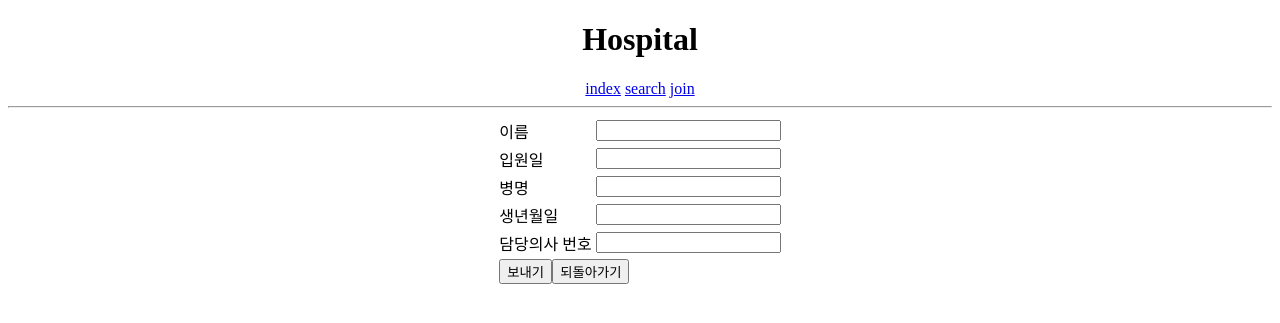
Repository: kimgh06/jsp_teamwork
Page: http://localhost/hospital/join.jsp
The author's editor kept a copy of each file at every save. The page is drawn from the files as they stood at one save, then again after the next save.
The browser window is 1280 px wide. The pictures show the whole page.
The page is served by Tomcat 9. Other server files are loaded and not shown.

Above is the page before, as saved 2023-06-14 01:59:27.

### hospital/src/main/webapp/join.jsp
<%@ page language="java" contentType="text/html; charset=EUC-KR"
    pageEncoding="EUC-KR"%>
<!DOCTYPE html>
<html>
<head>
<meta charset="EUC-KR">
<title>Insert title here</title>
</head>
<body>
<jsp:include page="./header.jsp"></jsp:include>
<form method="post" action="i_action.jsp" name="frm" style="display: flex; justify-content: center; align-items: center">
<table>
	<tr><td>이름</td><td><input name="name"/></td></tr>
	<tr><td>입원일</td><td><input name="clinicdate"/></td></tr>
	<tr><td>병명</td><td><input name="reason"/></td></tr>
	<tr><td>생년월일</td><td><input placeholder name="birthday"/></td></tr>
	<tr><td>담당의사 번호</td><td><input name="doctornum"/></td></tr>
	<tr><td colspan="2" style='margin:auto'><input type="button" value="보내기"><input type="button" value="되돌아가기"></td></tr>
</table>
</form>
</html>

### hospital/src/main/webapp/header.jsp
<%@ page language="java" contentType="text/html; charset=EUC-KR"
    pageEncoding="EUC-KR"%>
<!DOCTYPE html>
<html>
<head>
<meta charset="EUC-KR">
<title>Hospital</title>
</head>
<body>
<header style="text-align:center">
<h1>Hospital</h1>
<a href="./index.jsp">index</a>
<a href="./search.jsp">search</a>
<a href="./join.jsp">join</a>
<hr>
</header>
</body>
</html>

After the next save:
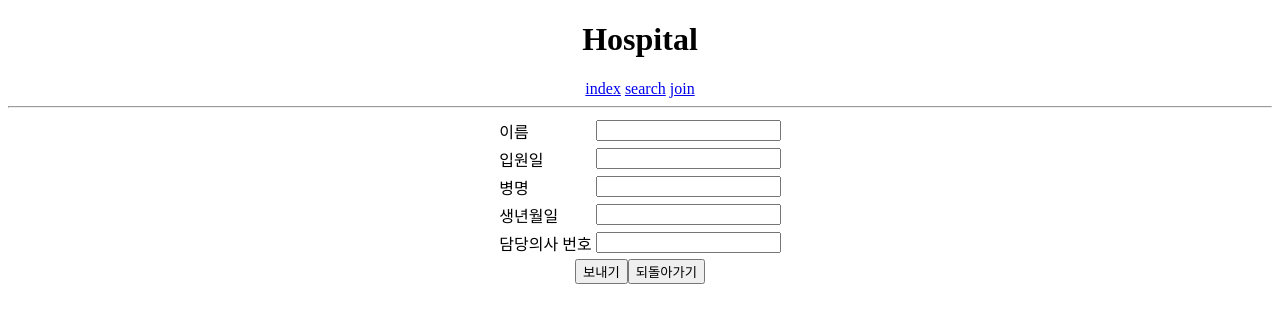
Saved 20 s later.
--- a/hospital/src/main/webapp/join.jsp
+++ b/hospital/src/main/webapp/join.jsp
@@ -15,7 +15,7 @@
 	<tr><td>병명</td><td><input name="reason"/></td></tr>
 	<tr><td>생년월일</td><td><input placeholder name="birthday"/></td></tr>
 	<tr><td>담당의사 번호</td><td><input name="doctornum"/></td></tr>
-	<tr><td colspan="2" style='margin:auto'><input type="button" value="보내기"><input type="button" value="되돌아가기"></td></tr>
+	<tr><td colspan="2" style='text-align: center'><input type="button" value="보내기"><input type="button" value="되돌아가기"></td></tr>
 </table>
 </form>
 </html>
